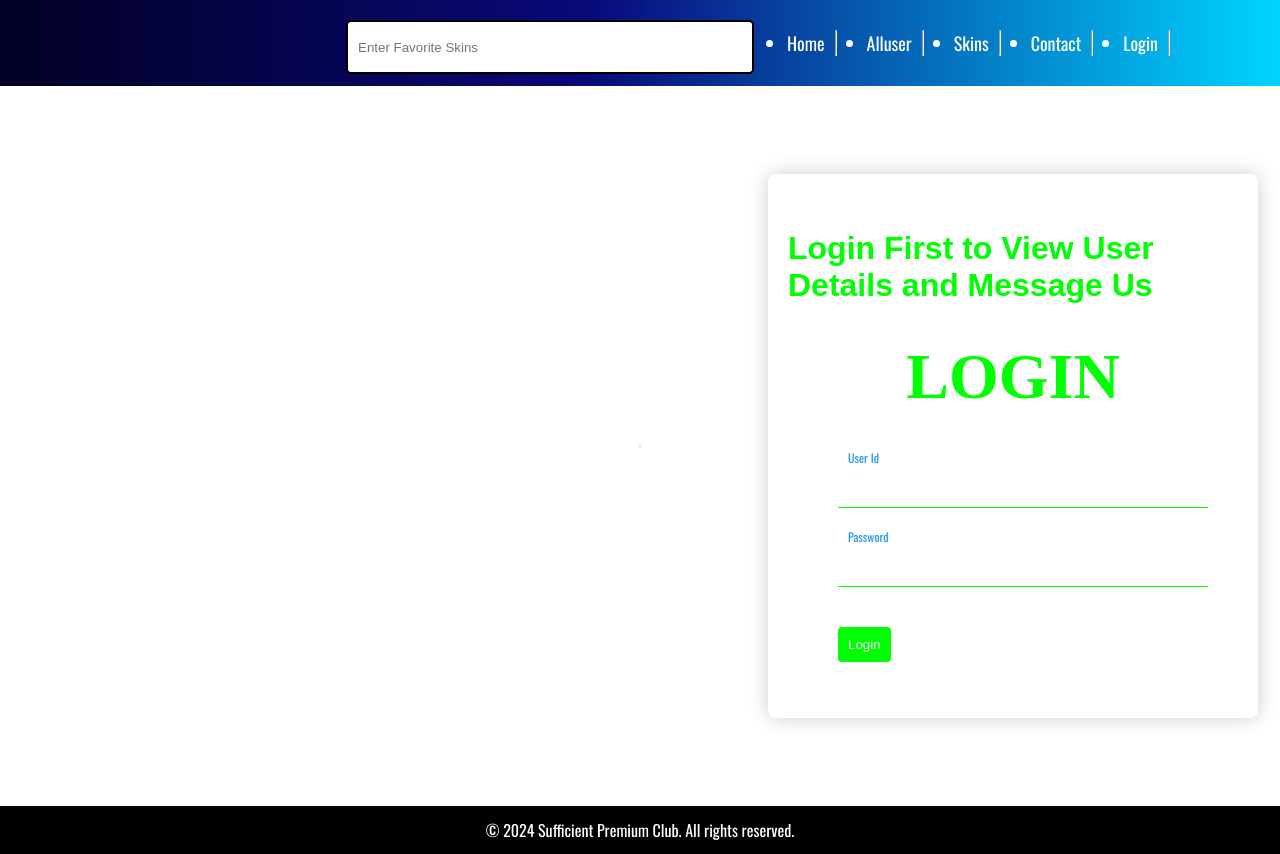
Repository: TechMukul/new
Page: /Login
The author's editor kept a copy of each file at every save. The page is drawn from the files as they stood at one save, then again after the next save.
The browser window is 1280 px wide. The pictures show the whole page.
Some web fonts or font styles are not loaded; a fallback is used. The project was rebuilt for these pictures with package versions that can differ from the ones it lists, and the page was loaded fresh each time. The framework's server and built-in components were replaced by stand-ins that run in the browser. Also part of the build but not shown: next.config.mjs.

Above is the page before, as saved 2024-08-09 15:13:05.

### pages/_app.tsx
// pages/_app.tsx
import { AppProps } from 'next/app';
import Head from 'next/head'; // Import Head from next/head
import '../styles/globals.css';
import Navbar from '@/Components/Navbar';
import Footer from '@/Components/Footer';

function MyApp({ Component, pageProps }: AppProps) {
  return (
    <>
      <Head>
        <link rel="preconnect" href="https://fonts.googleapis.com" />
        <link rel="preconnect" href="https://fonts.gstatic.com"  />
        <link
          href="https://fonts.googleapis.com/css2?family=Aclonica&family=Oswald:wght@200..700&display=swap"
          rel="stylesheet"
        />
      </Head>
      <Navbar />
      <Component {...pageProps} />
      <Footer />
    </>
  );
}

export default MyApp;

### pages/Login/index.tsx
import React, { useState, useEffect } from "react";
import axios from "axios";
import styles from "./index.module.scss";
import { useRouter } from "next/router";
import Navbar from "@/Components/Navbar";

const Index = () => {
  const [email, setEmail] = useState<string>("");
  const [password, setPassword] = useState<string>("");
  const [error, setError] = useState<string | null>(null);
  const [loading, setLoading] = useState<boolean>(false);
  const router = useRouter();

  useEffect(() => {
    const token = localStorage.getItem("accessToken");
    if (token) {
      router.push("/home");
    }

    const handlePopState = () => {
      router.push("/home");
    };

    window.addEventListener("popstate", handlePopState);

    return () => {
      window.removeEventListener("popstate", handlePopState);
    };
  }, [router]);

  const handleLogin = async (event: React.FormEvent) => {
    event.preventDefault();
    setLoading(true);
    try {
      const loginResponse = await axios.post(
        "https://www.referback.trollsufficient.com/admin/login",
        { email, password }
      );
      const { token, role } = loginResponse.data;
      localStorage.setItem("accessToken", token);
      localStorage.setItem("role", role);

      const userResponse = await axios.post(
        "https://www.referback.trollsufficient.com/admin/user",
        { email },
        {
          headers: {
            Authorization: `Bearer ${token}`,
            "Content-Type": "application/json",
          },
        }
      );

      const userName = userResponse.data.name;
      const userId = userResponse.data.id;
      localStorage.setItem("userName", userName);
      localStorage.setItem("userId", userId);

      const coinsResponse = await axios.get(
        `https://www.referback.trollsufficient.com/admin/coins/${userId}`,
        {
          headers: {
            Authorization: `Bearer ${token}`,
            "Content-Type": "application/json",
          },
        }
      );

      const userCoins = coinsResponse.data.coins;
      localStorage.setItem("userCoins", userCoins.toString());
      router.push("/home");
    } catch (error) {
      console.error("Login error:", error);
      setError("Invalid credentials");
    } finally {
      setLoading(false);
    }
  };

  return (
    <>
      <div className={styles.loginContainer}>
        {loading && (
          <div className={styles.loadingOverlay}>
            <div className={styles.spinner}></div>
          </div>
        )}
        <button
          className={styles.backButton}
          onClick={() => router.back()}
          aria-label="Go Back"
        >
        </button>
        <div className={styles.loginForm}>
          <h1 className={styles.header}>Login First to View User Details and Message Us</h1>
          <h2 className={styles.loginTitle}>LOGIN</h2>
          <form onSubmit={handleLogin}>
            <div className={styles.inputContainer}>
              <input
                type="text"
                value={email}
                onChange={(e) => setEmail(e.target.value)}
                required
                autoComplete="current-username"
              />
              <label>User Id</label>
              <div className={styles.inputUnderline}></div>
            </div>
            <div className={styles.inputContainer}>
              <input
                type="password"
                value={password}
                onChange={(e) => setPassword(e.target.value)}
                required
                autoComplete="current-password"
              />
              <label>Password</label>
              <div className={styles.inputUnderline}></div>
            </div>
            {error && <p className={styles.error}>{error}</p>}
            <div className={styles.button_login}>
              <button
                type="submit"
                className={styles.loginButton}
                disabled={loading}
              >
                {loading ? "Loading..." : "Login"}
              </button>
            </div>
          </form>
        </div>
      </div>
    </>
  );
};

export default Index;

### styles/globals.css
*{
  margin: 0%;
  padding: 0%;
}

body {
  font-family: 'Oswald', sans-serif; /* Apply Oswald font to the whole document */
}

h1 {
  font-family: 'Aclonica', sans-serif; /* Apply Aclonica font to all h1 elements */
}

### Components/Navbar/index.tsx
import React, { useEffect, useState } from "react";
import style from "./index.module.scss";
import Link from "next/link";
import axios from "axios";
import { useRouter } from "next/router";

const Navbar = () => {
  const [isMenuOpen, setIsMenuOpen] = useState(false);
  const [coins, setCoins] = useState<number>(0);
  const [isAuthenticated, setIsAuthenticated] = useState<boolean>(false);
  const [userRole, setUserRole] = useState<string | null>(null);
  const router = useRouter();

  const toggleMenu = () => {
    setIsMenuOpen((prevState) => !prevState);
  };

  useEffect(() => {
    const token = localStorage.getItem("accessToken");
    const role = localStorage.getItem("role");

    // Update authentication status and user role
    setIsAuthenticated(!!token);
    setUserRole(role);

    const fetchCoins = async () => {
      if (token) {
        try {
          const userId = localStorage.getItem("userId");
          if (userId) {
            const response = await axios.get(
              `https://www.referback.trollsufficient.com/admin/coins/${userId}`,
              {
                headers: {
                  Authorization: `Bearer ${token}`,
                  "Content-Type": "application/json",
                },
              }
            );
            setCoins(response.data.coins);
          }
        } catch (error) {
          console.error("Error fetching coins:", error);
        }
      }
    };

    fetchCoins();
  }, [isAuthenticated]);

  const handleLogout = () => {
    localStorage.removeItem("accessToken");
    localStorage.removeItem("userName");
    localStorage.removeItem("userId");
    localStorage.removeItem("userCoins");
    localStorage.removeItem("role");
    setCoins(0);
    setIsAuthenticated(false);
    setUserRole(null);
    router.push("/");
  };

  return (
    <>
      <div className={style.hamburger} onClick={toggleMenu}>
        ☰
      </div>
      <div className={style.image}></div>
      <div className={style.search_box}>
        <input className={style.input} placeholder="Enter Favorite Skins" />
      </div>
      <ul className={`${style.caintainer} ${isMenuOpen ? style.showMenu : ""}`}>
        <li className={style.items}>
          <div className={style.name}>
            <Link href="/"    style={{ textDecoration: "none", color: "white" }}>
              <p>Home</p>
            </Link>
            <hr className={style.line} />
          </div>
        </li>
        <li className={style.items}>
          <div className={style.name}>
            <Link href="/Tree"    style={{ textDecoration: "none", color: "white" }}>
              <p>Alluser</p>
            </Link>
            <hr className={style.line} />
          </div>
        </li>
        <li className={style.items}>
          <div className={style.name}>
            <p>Skins</p>
            <hr className={style.line} />
          </div>
        </li>
        <li className={style.items}>
          <div className={style.name}>
            <Link href="/contact"    style={{ textDecoration: "none", color: "white" }}>
              <p>Contact</p>
            </Link>
            <hr className={style.line} />
          </div>
        </li>
        <li className={style.items}>
          <div className={style.name}>
            {!isAuthenticated ? (
              <Link href="/Login"    style={{ textDecoration: "none", color: "white" }}>
                <p>Login</p>
              </Link>
            ) : (
              <button className={style.links} onClick={handleLogout}>
                Logout
              </button>
            )}
            <hr className={style.line} />
          </div>
        </li>
      </ul>
    </>
  );
};

export default Navbar;

### Components/Footer/index.tsx
import React from 'react';
import styles from './inde.module.scss';

const Footer = () => {
  return (
    <div className={styles.footer}>
      <div className={styles.text}>
        © 2024 Sufficient Premium Club. All rights reserved.
      </div>
      <div className={`${styles.icon} ${styles['mobile-hidden']}`}>
        {/* <img
          src='https://upload.wikimedia.org/wikipedia/commons/thumb/5/5e/WhatsApp_icon.png/598px-WhatsApp_icon.png'
          alt='WhatsApp Icon'
        /> */}
      </div>
    </div>
  );
}

export default Footer;

### pages/Login/index.module.scss
/* Overlay for loading */
.loadingOverlay {
  position: fixed;
  top: 0;
  left: 0;
  width: 100%;
  height: 100%;
  background-color: rgba(0, 0, 0, 0.5); /* Semi-transparent black background */
  display: flex;
  align-items: center;
  justify-content: center;
  z-index: 1000; /* Ensure it's above other elements */
  backdrop-filter: blur(5px); /* Blur effect */
}

.spinner {
  border: 4px solid #f3f3f3; /* Light grey */
  border-top: 4px solid #00ff00; /* Green */
  border-radius: 50%;
  width: 40px;
  height: 40px;
  animation: spin 1s linear infinite;
}

@keyframes spin {
  0% { transform: rotate(0deg); }
  100% { transform: rotate(360deg); }
}

/* Existing Styles */

.auroraContainer {
  position: relative;
  height: 100vh;
  display: flex;
  align-items: center;
  justify-content: center;
}

.loginContainer {
  position: relative;
  z-index: 1;
  display: flex;
  flex-direction: column;
  align-items: center;
  justify-content: center;
  height: 100vh;
  width: 100%;
  // background-image: url("/login.png"); /* Add your image path here */
  background-size: cover;
  background-position: center;
  @media screen and (max-width: 768px) {
    // background-image: url("../../public/loginmob.jpeg");
  }
}

.loginForm {
  padding: 20px;
  border-radius: 8px;
  box-shadow: 0 0 20px rgba(0, 0, 0, 0.2);
  width: 90%;
  max-width: 450px;
  animation: slideInFromLeft 1s ease-out;
  align-items: center;
  height: auto;
  display: flex;
  justify-content: space-evenly;
  flex-direction: column;
  color: #00ff00; /* Green font color */
  position: absolute;
  left: 60%;
  height: 70vh;
  &:hover {
    box-shadow: rgb(255, 255, 255) 0px 20px 30px -10px;
  }
}

@keyframes slideInFromLeft {
  from {
    transform: translateX(-100%);
  }
  to {
    transform: translateX(0);
  }
}

.loginTitle {
  text-align: center;
  margin-bottom: 20px;
  color: #00ff00; /* Green color for title */
  font-size: 4rem;
  font-weight: bolder;
  animation: pulse 1.5s infinite;
  font-family: 'Sevillana';
}

.inputContainer {
  position: relative;
  margin-bottom: 40px;
  width: 350px;

  input {
    width: 100%;
    padding: 10px;
    font-size: 16px;
    border: none;
    border-bottom: 1px solid #00ff00; /* Green border-bottom */
    background-color: transparent;
    color: #00ff00; /* Green text color */
    transition: border-color 0.3s ease;

    &:focus {
      outline: none;
      border-bottom: 1px solid #ffffff;
    }

    &::placeholder {
      color: #00ff00; /* Green placeholder text color */
    }
  }

  label {
    position: absolute;
    top: 10px;
    left: 10px;
    font-size: 16px;
    color: #00ff00; /* Green color for label */
    transition: 0.2s;
    pointer-events: none;
  }

  input:focus + label,
  input:not(:placeholder-shown) + label {
    top: -20px;
    font-size: 12px;
    color: #2196f3;
  }

  .inputUnderline {
    position: absolute;
    bottom: 0;
    left: 0;
    width: 100%;
    height: 2px;
    background-color: #ffffff;
    transform: scaleX(0);
    transition: transform 0.3s ease;
  }

  input:focus ~ .inputUnderline {
    transform: scaleX(1);
  }
}

.loginButton {
  padding: 10px;
  background-color: #00ff00; /* Green button background */
  color: white; /* Button text color */
  border: none;
  border-radius: 4px;
  cursor: pointer;
  transition: background-color 0.3s ease, transform 0.2s ease;

  &:hover {
    background-color: #008000; /* Dark green button background on hover */
    transform: scale(1.05);
  }

  &:active {
    transform: scale(0.95);
  }
}

.forgotPasswordButton {
  margin-top: 10px;
  cursor: pointer;
  color: #00ff00; /* Green text color */
  background: none;
  border: none;
  text-decoration: underline;
}

/* Modal Styles */
.modalBackdrop {
  position: fixed;
  top: 0;
  left: 0;
  width: 100%;
  height: 100%;
  background: rgba(0, 0, 0, 0.5); /* Semi-transparent black background */
  display: flex;
  justify-content: center;
  align-items: center;
  z-index: 1000;
}

.modalContent {
  background: white;
  padding: 20px;
  border-radius: 8px;
  width: 300px;
  box-shadow: 0 0 10px rgba(0, 0, 0, 0.2);
}

.modalColumn {
  margin-bottom: 15px;
}

.modalColumn label {
  display: block;
  margin-bottom: 5px;
}

.modalColumn input {
  width: 100%;
  padding: 8px;
  border: 1px solid #ddd;
  border-radius: 4px;
}

// button {
//   background-color: #00ff00;
//   color: white;
//   border: none;
//   padding: 10px;
//   cursor: pointer;
//   transition: background-color 0.3s ease, transform 0.2s ease;

//   &:hover {
//     background-color: #008000;
//     transform: scale(1.05);
//   }

//   &:active {
//     transform: scale(0.95);
//   }
// }

/* Responsive Styles */
@media only screen and (max-width: 768px) {
  .loginForm {
    width: 90%;
    height: auto;
    position: relative;
    top: 15px;
    left: 0;
    box-shadow: none;
  }

  .loginContainer {
    background-size: cover;
    background-position: center;
  }
}

### Components/Navbar/index.module.scss
.caintainer {
  display: flex;
  justify-content: end;
  padding: 30px;
  color: white;
  background: rgb(2,0,36);
  background: linear-gradient(90deg, rgba(2,0,36,1) 0%, rgba(9,9,121,1) 46%, rgba(0,212,255,1) 100%);
  z-index: 40;
  gap: 30px;
}
.search_box{
    width:100%;
    // border: 1px solid white;
    position: absolute;
    // background-color: red;
    display: flex;
    justify-content: center;
    top: 20px;
    right: 90px;
    .input{
      padding: 10px;
      width: 30%;
      height: 30px;
      border: 2px solid black;
      border-radius: 5px;

    }
}
.items {
  position: relative;
  right: 80px;
  font-size: 18px;
}

.name {
  display: flex;
}

.name p {
  cursor: pointer;
}

.name p:hover {
  transform: scale(1.2);
  transition: transform 0.3s linear;
}

.line {
  margin-left:10px;
}



.hamburger {
  display: none;
  font-size: 24px;
  cursor: pointer;
  position: absolute;
  left: 20px;
  top: 20px;
  z-index: 50;
}

@media screen and (max-width: 768px) {
  .caintainer {
      display: none;
  }

  .hamburger {
      display: block;
      color: white;
  }
  .line{
      display: none;
  }
  .name {
      position: absolute;
      top: 100px;
      width: 100%;
      font-size: 30px;
  }
  .name p{
      border-bottom: 1px solid white;
      border-top: 1px solid white;
  }
  .showMenu {
      display: flex;
      flex-direction: column;
      justify-content: start;
      gap: 80px;
      align-items: center;
      top: 0px;
      height: 100vh;
      width: 70%;
      list-style-type: none;
  }
  .search_box{
    width:100%;
    position: absolute;
    display: flex;
    justify-content: center;
    top: 20px;
    right: 5px;
    .input{
      padding: 10px;
      width: 60%;
      height: 30px;
      border: 2px solid black;
      border-radius: 5px;

    }
  }
}

### Components/Footer/inde.module.scss
.footer {
    width: 100%;
    height: 3rem; /* Equivalent to h-12 in Tailwind */
    display: flex;
    justify-content: center;
    align-items: center;
    background-color: black;
    color: white;
    // position: absolute;
    bottom: 0;

    .text {
      margin: 0;
    }

    .icon {
      position: absolute;
      height: 2.5rem; /* Equivalent to h-10 in Tailwind */
      width: 3rem; /* Equivalent to w-12 in Tailwind */
      bottom: 1.75rem; /* Equivalent to bottom-7 in Tailwind */
      right: 3.5rem; /* Equivalent to right-14 in Tailwind */
      cursor: pointer;
      transition: transform 0.3s ease; /* For hover effect */

      &:hover {
        transform: scale(1.10);
      }

      &.mobile-hidden {
        @media (max-width: 768px) {
          display: none; /* Hide on mobile screens */
        }
      }
    }
  }

After the next save:
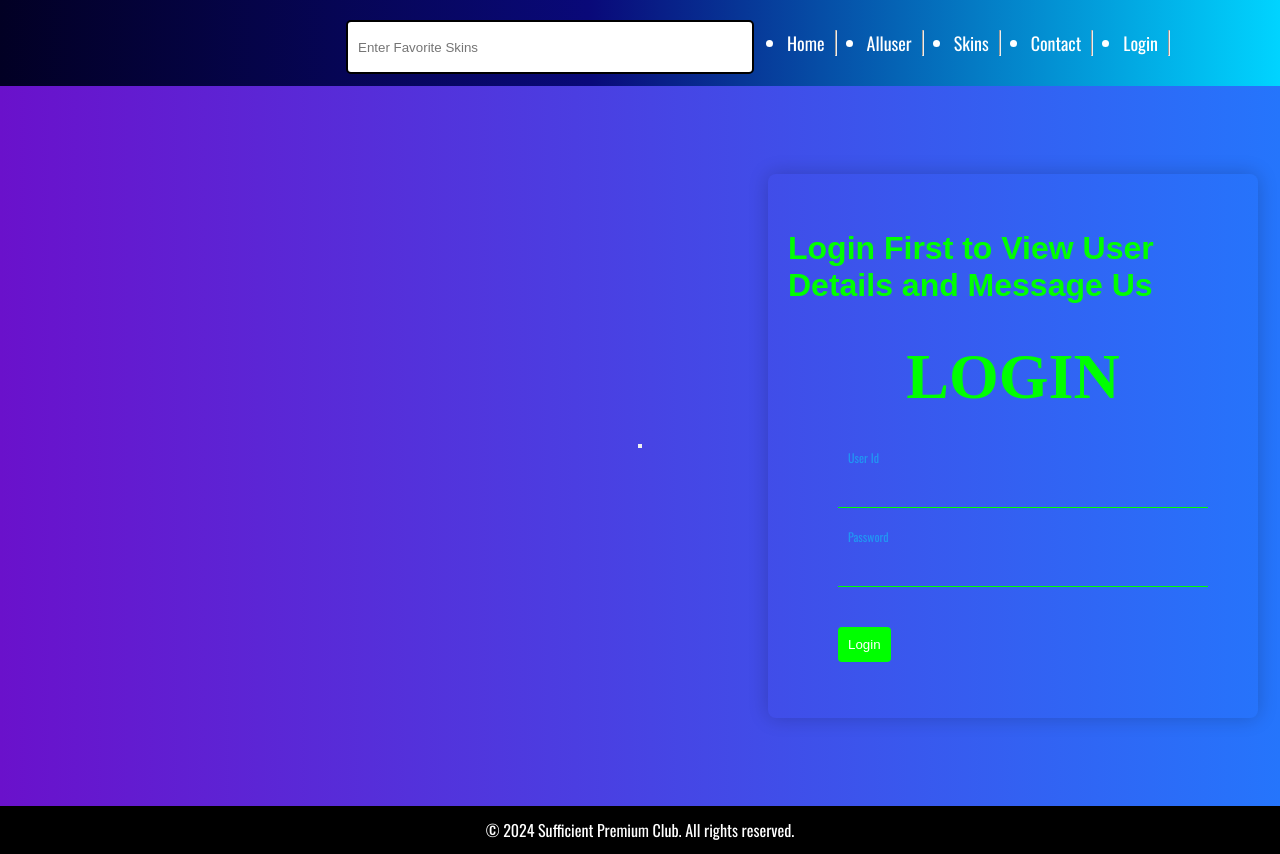
Saved 114 s later.
--- a/pages/Login/index.module.scss
+++ b/pages/Login/index.module.scss
@@ -39,6 +39,7 @@
 
 .loginContainer {
   position: relative;
+  background-image: linear-gradient(to right, #6a11cb 0%, #2575fc 100%);
   z-index: 1;
   display: flex;
   flex-direction: column;

After the save that followed:
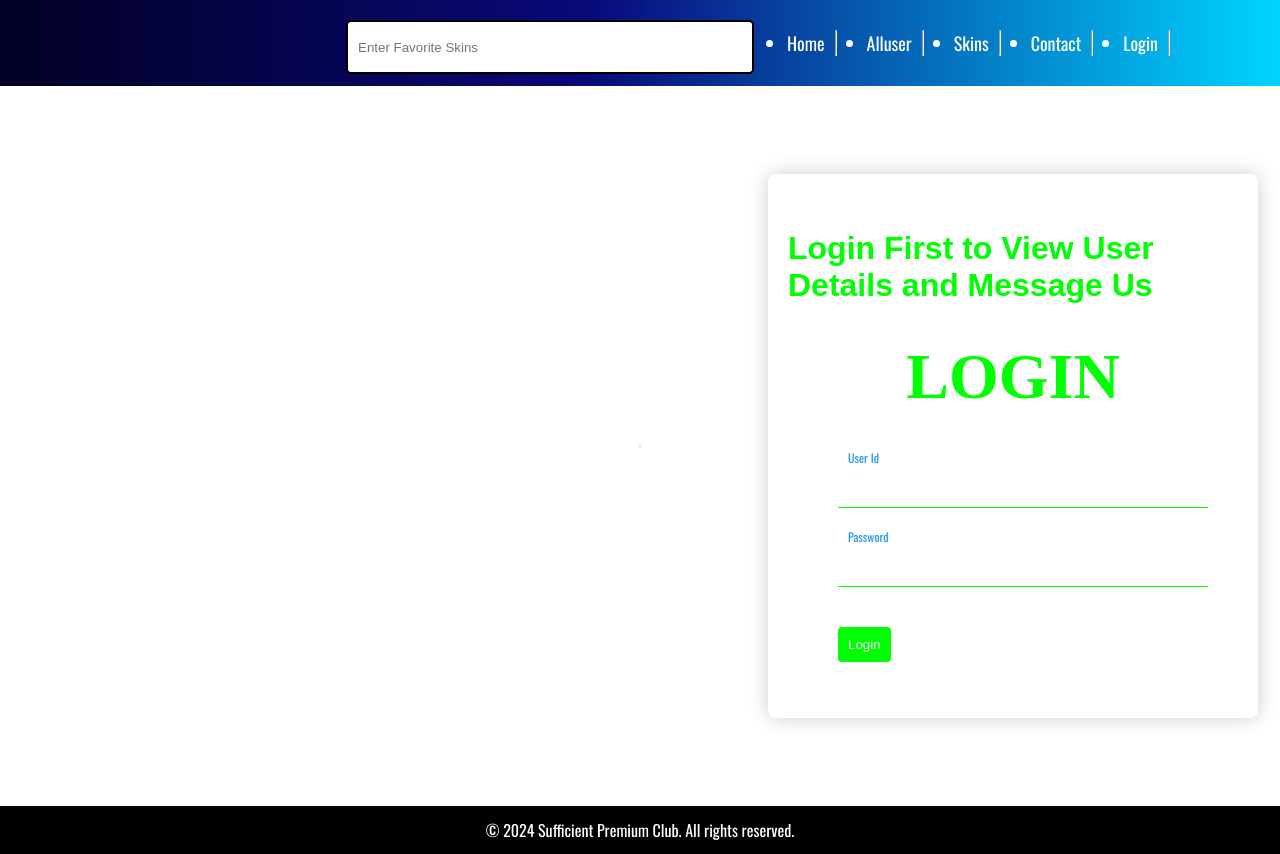
Saved 21 s later.
--- a/pages/Login/index.module.scss
+++ b/pages/Login/index.module.scss
@@ -39,7 +39,7 @@
 
 .loginContainer {
   position: relative;
-  background-image: linear-gradient(to right, #6a11cb 0%, #2575fc 100%);
+
   z-index: 1;
   display: flex;
   flex-direction: column;
